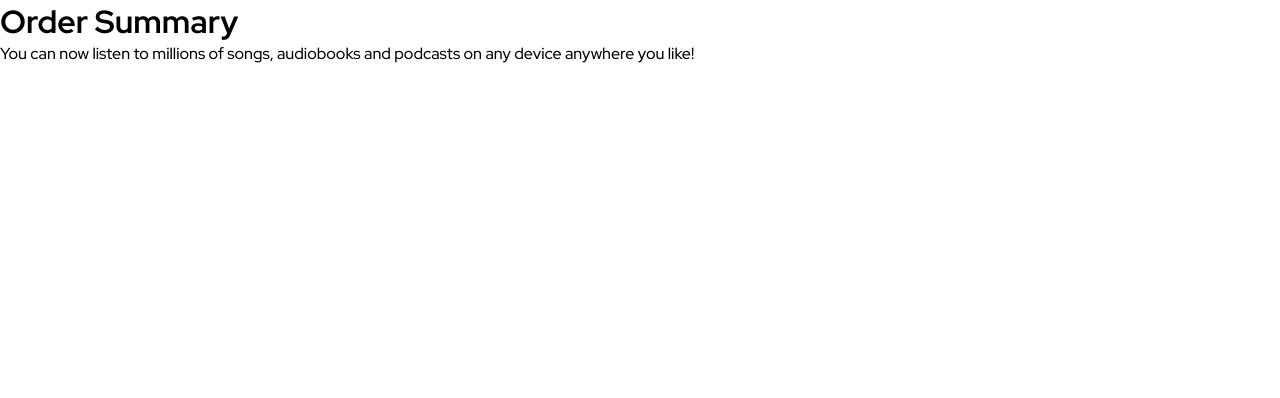
Repository: gccavalheiro/order-summary-card
Page: index.html
The author's editor kept a copy of each file at every save. The page is drawn from the files as they stood at one save, then again after the next save.
The browser window is 1280 px wide. The pictures show the whole page.

Above is the page before, as saved 2021-12-17 01:40:02.

After the next save:
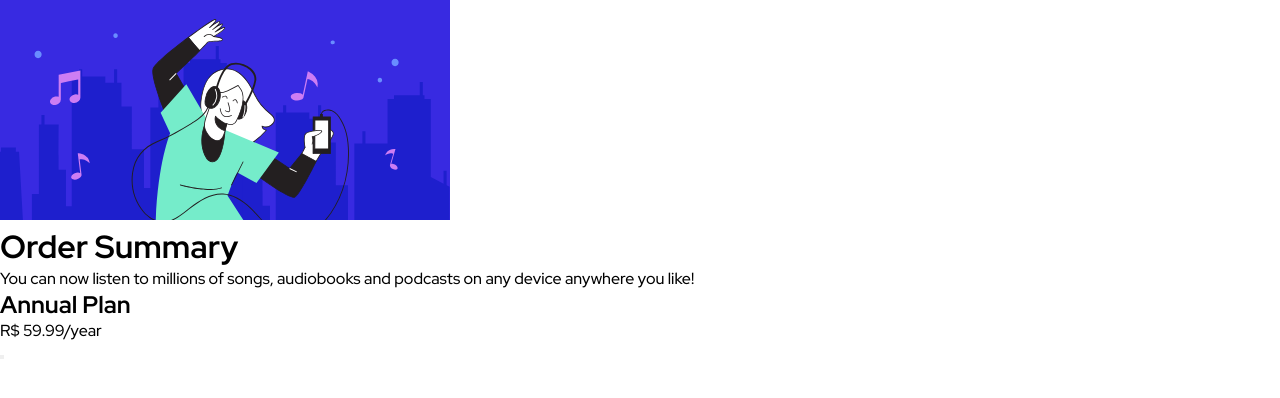
Saved 4 min 57 s later.
--- a/index.html
+++ b/index.html
@@ -17,7 +17,7 @@
   <main>
     <div class="card">
       <div class="card-header">
-
+        <img src="./assets/images/illustration-hero.svg" alt="Illustration Woman">
       </div>
       <div class="card-body">
         <div class="card-info">
@@ -25,7 +25,16 @@
           <p>You can now listen to millions of songs,
             audiobooks and podcasts on any device
             anywhere you like! </p>
-          <div class="card-plan"></div>
+          <div class="card-plan">
+            <div class="card-plan-detail">
+              <div class="card-plan-icon-detail"></div>
+              <div class="card-plan-info-detail">
+                <h2>Annual Plan</h2>
+                <p>R$ 59.99/year</p>
+              </div>
+            </div>
+            <button class="card-plan-button"></button>
+          </div>
           <div class="card-button-payment"></div>
           <div class="card-button-cancel"></div>
         </div>
